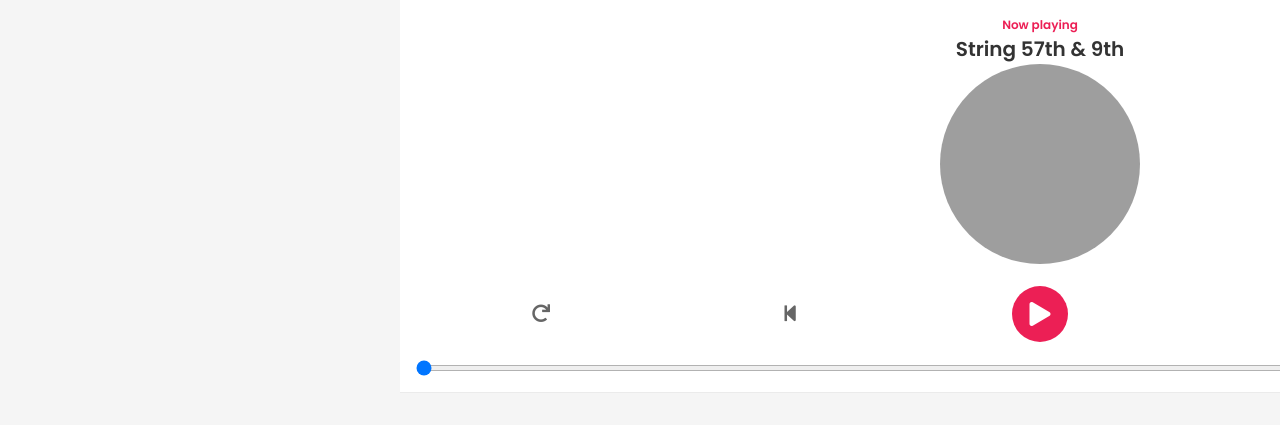
Repository: NBlue/Music_Player
Page: index.html
The author's editor kept a copy of each file at every save. The page is drawn from the files as they stood at one save, then again after the next save.
The browser window is 1280 px wide. The pictures show the whole page.
Pictures or frames that could not be fetched are drawn as grey boxes.

Above is the page before, as saved 2021-10-12 22:24:02.

After the next save:
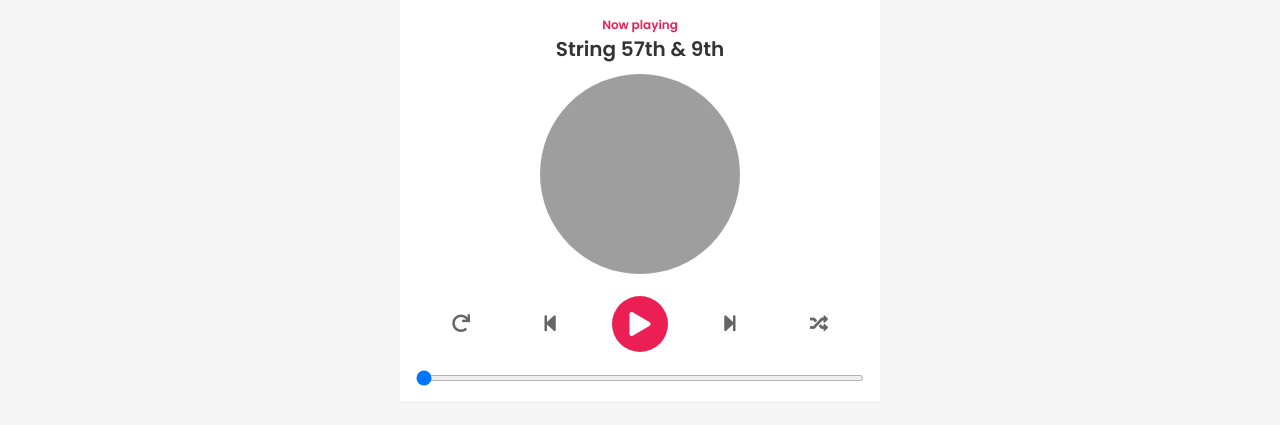
Saved 15 s later.
--- a/assets/css/style.css
+++ b/assets/css/style.css
@@ -42,14 +42,14 @@ html {
     position: fixed;
     top: 0;
     width: 100%;
-    min-width: 480px;
+    max-width: 480px;
     border-bottom: 1px solid #ebebeb;
 }
 
 /* HEADER */
 header {
     text-align: center;
-    border-bottom: 10px;
+    margin-bottom: 10px;
 }
 
 header h4 {
@@ -70,8 +70,8 @@ header h2 {
 }
 
 .cd-thumb {
-    width: 100%; /*Xét chiều rộng cho ảnh*/
-    padding-bottom: 100%; /* Phải padding top/ botom thì ảnh mới hiện ra*/
+    width: 100%;
+    padding-bottom: 100%;
     border-radius: 50%;
     background-color: #333;
     background-size: cover;
@@ -103,8 +103,8 @@ header h2 {
     font-size: 24px;
     color: #fff;
     display: flex;
+    align-items: center;
     justify-content: center;
-    align-items: center;
     background-color: var(--primary-color);
 }
 
